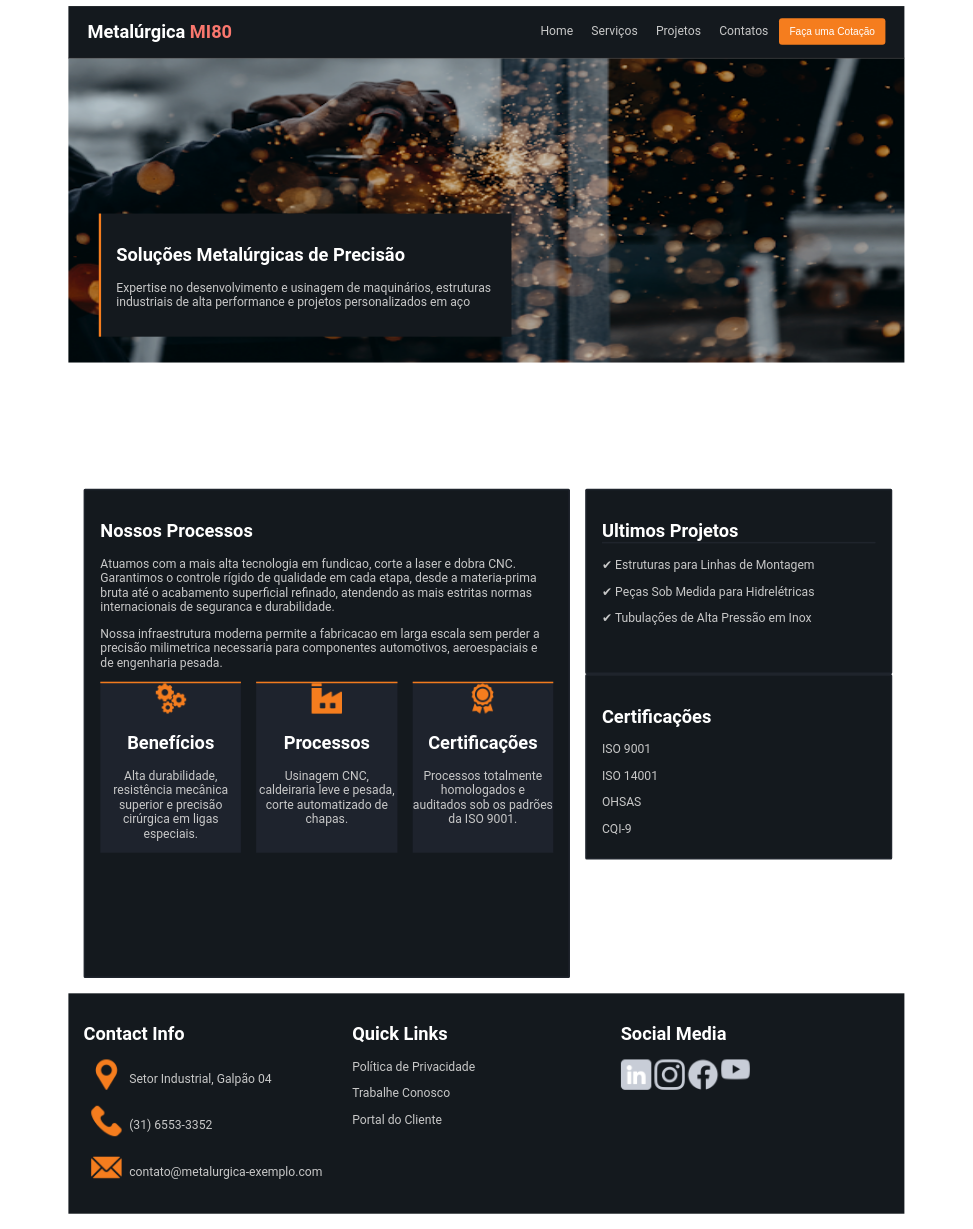
Repository: guiCherpinski/landing-page-metalurgica
Page: index.html
An editor plug-in stored every save of this project. The page is shown before and after a run of saves, followed by the edit.
The browser window is 1280 px wide. The pictures show the whole page, at 76% of full size.

Above is the page before, as saved 2026-06-08 15:18:45.

After the next 3 saves:
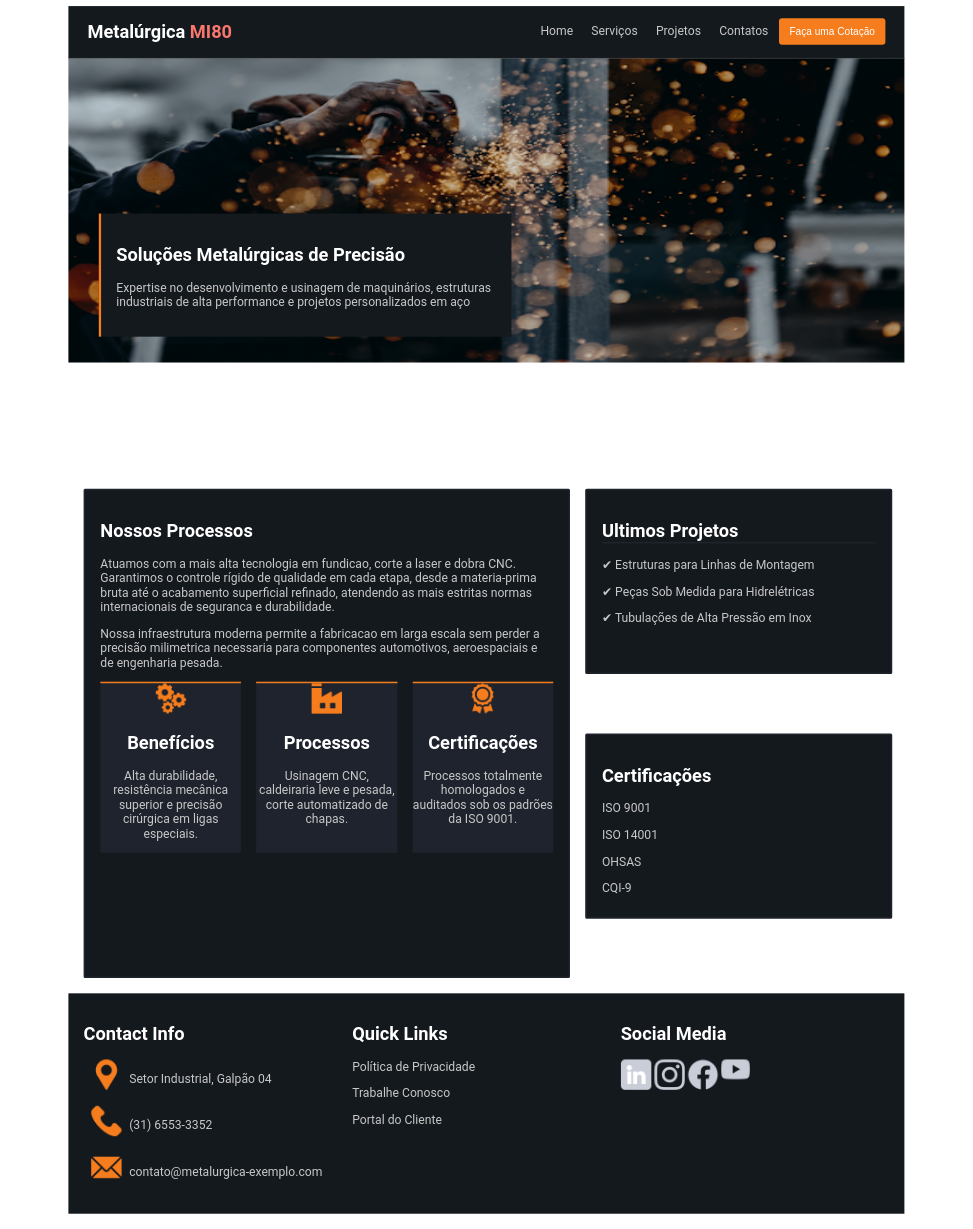
The 3 saves are shown as one change because they came seconds apart.
The last was saved 11 s later.
--- a/style.css
+++ b/style.css
@@ -187,5 +187,6 @@ header button:hover{
 }
 
 .grid{
-
+    display: grid;
+    grid-template-columns: 1fr;
 }
